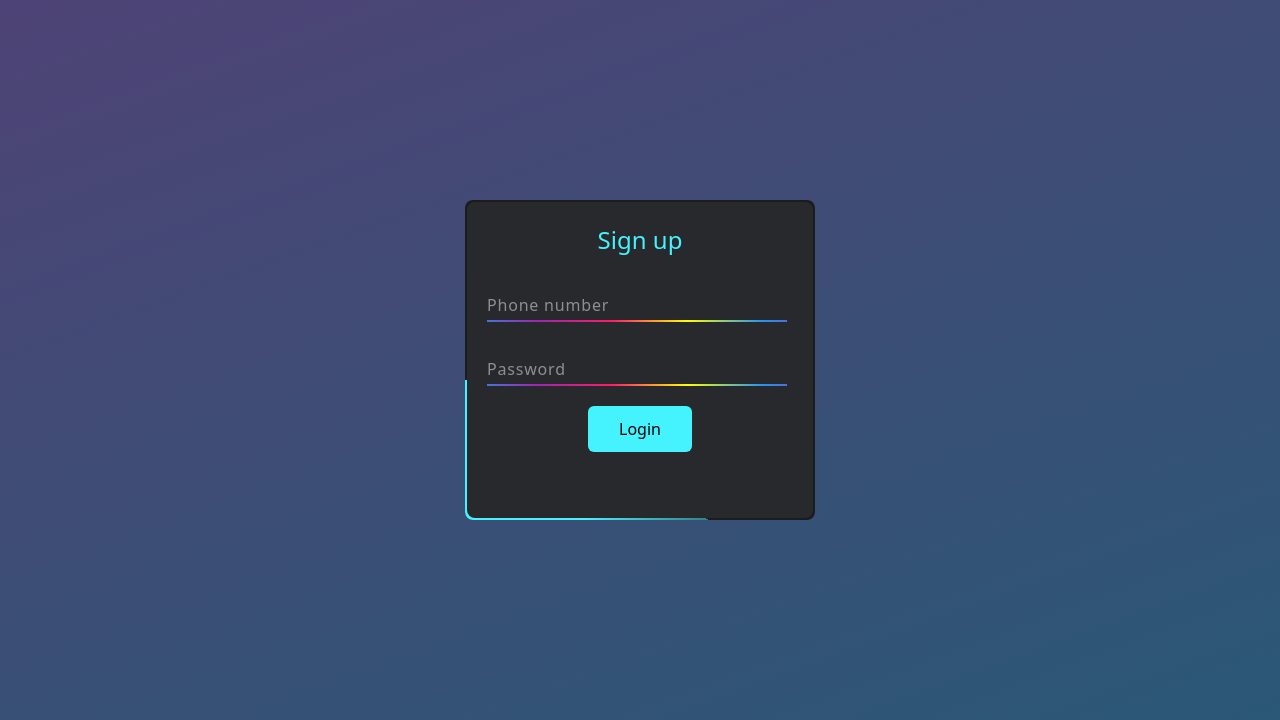
Repository: nhoknhutnhat95/clientOrderFood
Page: html/user/login.html
An editor plug-in stored every save of this project. The page is shown before and after the next save, followed by the edit.
The browser window is 1280 px wide. The pictures show the whole page.

Above is the page before, as saved 2023-02-19 19:38:04.

### html/user/login.html
<!DOCTYPE html>
<html lang="en">

<head>
    <meta charset="UTF-8">
    <meta http-equiv="X-UA-Compatible" content="IE=edge">
    <meta name="viewport" content="width=device-width, initial-scale=1.0">
    <link href="https://cdn.jsdelivr.net/npm/bootstrap@5.2.3/dist/css/bootstrap.min.css" rel="stylesheet">
    <link rel="stylesheet" href="/css//login.css">
    <script src="https://cdn.jsdelivr.net/npm/bootstrap@5.2.3/dist/js/bootstrap.bundle.min.js"></script>
    <title>Document</title>
</head>

<body>
    <section id="login_form">
        <div class="login-form">
            <div class="box">
                <div class="login_form">
                    <p class="text-center m-0" style="color: #45f3ff; font-size: 24px;">Sign up</span>
                    <div class="inputBox_login">
                        <input type="text" id="phoneNumber" name="phoneNumber" required="required" />
                        <span>Phone number</span>
                        <i></i>
                    </div>

                    <div class="inputBox_login">
                        <input type="password" id="password" name="password" required="required" />
                        <span>Password</span>
                        <i></i>
                    </div>
                    <!-- <div class="link_changePassword">
                        <a class="link_form" href="/change-password">Change
                            Password</a>
                    </div> -->
                    <div class="text-center">
                        <button class="btn btn-block fa-lg gradient-custom-2 button_submit_login text-center"
                            onclick="login()" id="login">Login</button>
                    </div>

                </div>
            </div>
        </div>
    </section>
    <script src="../../fontawesome-6.2.0/js/all.min.js"></script>
    <script src="//cdn.jsdelivr.net/npm/sweetalert2@11"></script>
    <script src="/jquery/jquery-3.6.1.min.js"></script>
    <script>
        function login() {
            var phoneNumber = $('#phoneNumber').val()
            var password = $('#password').val()
            console.log(password);
            $.ajax({
                url: "http://192.168.1.6:8386/users/login",
                type: "POST",
                data: {
                    phoneNumber: phoneNumber,
                    password: password
                },
                success: function (datas) {

                    console.log(datas);
                    if (datas.status == 1) {
                        var token = datas.token
                        setCookie('token', token, 90)
                        Swal.fire({
                            title: "Thông báo!",
                            text: datas.message,
                            icon: "success",
                            confirmButtonText: "OK",
                        })
                            .then((result) => {
                                window.location.href = "./home.html"
                            })
                    }
                    else {
                        Swal.fire({
                            title: "Thông báo!",
                            text: datas.message,
                            icon: "error",
                            confirmButtonText: "OK",
                        })
                    }
                }
            })
            function setCookie(cname, cvalue, exdays) {
                const d = new Date();
                d.setTime(d.getTime() + (exdays * 24 * 60 * 60 * 1000));
                let expires = "expires=" + d.toUTCString();
                document.cookie = cname + "=" + cvalue + ";" + expires + ";path=/";
            }
        }

    </script>
</body>

</html>

### css/login.css
.login-form {
    display: flex;
    justify-content: center;
    align-items: center;
}

/* .content-login {
    background-color: rgb(238, 77, 45);
}  */
* {
    margin: 0;
    padding: 0;
    box-sizing: border-box;
}

#login_form {
    display: flex;
    justify-content: center;
    min-height: 100vh;
    background-image: linear-gradient(-20deg, #2b5876 0%, #4e4376 100%);
}

.box {
    position: relative;
    width: 350px;
    min-height: 320px;
    background-color: #1c1c1c;
    border-radius: 8px;
    overflow: hidden;
}

.box::before {
    content: '';
    position: absolute;
    top: -50px;
    left: -50px;
    width: 380px;
    height: 420px;
    background: linear-gradient(0deg, transparent, #45f3ff, #45f3ff);
    transform-origin: bottom right;
    animation: animate 6s linear infinite;
}

.box::after {
    content: '';
    position: absolute;
    top: -50px;
    left: -50px;
    width: 380px;
    height: 420px;
    background: linear-gradient(0deg, transparent, #45f3ff, #45f3ff);
    transform-origin: bottom right;
    animation: animate 6s linear infinite;
    animation-delay: -3s;
}

@keyframes animate {
    0% {
        transform: rotate(0deg);
    }

    100% {
        transform: rotate(360deg);
    }
}

.login_form {
    position: absolute;
    inset: 2px;
    border-radius: 8px;
    background-color: #28292d;
    z-index: 10;
    color: black;
    padding: 20px;
}

.color_title {
    color: #45f3ff;
    font-weight: 500;
    font-size: 20px;
}

.inputBox_login {
    position: relative;
    width: 300px;
    margin-top: 20px;
    margin-bottom: 20px;
}

.inputBox_login input {
    position: relative;
    width: 100%;
    padding: 10px 10px 10px;
    background: transparent;
    border: none;
    outline: none;
    color: #23242a;
    font-size: 1em;
    letter-spacing: 0.05em;
    z-index: 10;
}

.inputBox_login span {
    position: absolute;
    top: 15px;
    left: 0;
    font-size: 1em;
    color: #8f8f8f;
    pointer-events: none;
    letter-spacing: 0.05em;
    transition: 0.5s;
}

.inputBox_login input:valid~span,
.inputBox_login input:focus~span {
    color: #45f3ff;
    transform: translateY(-34px);
    font-size: 0.75em;
}

.inputBox_login input:valid,
.inputBox_login input:focus {
    padding: 10px 10px 10px;
    /* background: #45f3ff; */
    border-top-left-radius: 8px;
    border-top-right-radius: 8px;
    border-bottom-left-radius: 8px ;
    border-bottom-right-radius: 8px ;

}


.inputBox_login i {
    position: absolute;
    left: 0;
    bottom: 0;
    width: 100%;
    height: 2px;
    background: #45f3ff;
    border-radius: 4px;
    transition: 0.5s;
    pointer-events: none;
    z-index: 1;
    animation: example 6s linear infinite;
}

.inputBox_login i::before {
    content: '';
    position: absolute;
    width: 100%;
    height: 100%;
    background: linear-gradient(90deg, #ff1b69, #ff0, #2196f3, #9c27b0, #ff1b69);
    animation: mymove 2s linear infinite;
}

.inputBox_login input:-internal-auotfill-previewed {
    background-color: #45f3ff;
}

@keyframes mymove {
    0% {
        background-position-x: 0;
    }

    0% {
        background-position-x: 250px;
    }
}

.inputBox_login input:valid~i,
.inputBox_login input:focus~i {
    height: 38px;
    background: #45f3ff;

}

.inputBox_login input:valid~i::before,
.inputBox_login input:focus~i::before {
    background: #45f3ff;
    border-radius: 8px
}

.link_form {
    text-decoration: none;
    font-size: 0.75em;
    color: #8f8f8f;
}

.link_form:hover {
    color: #45f3ff;
}

.link_changePassword {
    margin-bottom: 20px;
}

.button_submit_login {
    padding: 10px 30px 10px;
    background-color: #45f3ff;
    color: black;
}

.button_submit_login:hover {
    background-color: #45f3ff !important;
    opacity: 0.74;
}

.create_account {
    color: #8f8f8f;
}

.btn_create_account {
    color: #45f3ff;
    background: none;
    outline: none;
    border: none;
}

.btn_create_account:hover {
    opacity: 0.8;
}

Loaded but not shown: jquery/jquery-3.6.1.min.js (library)

After the next save:
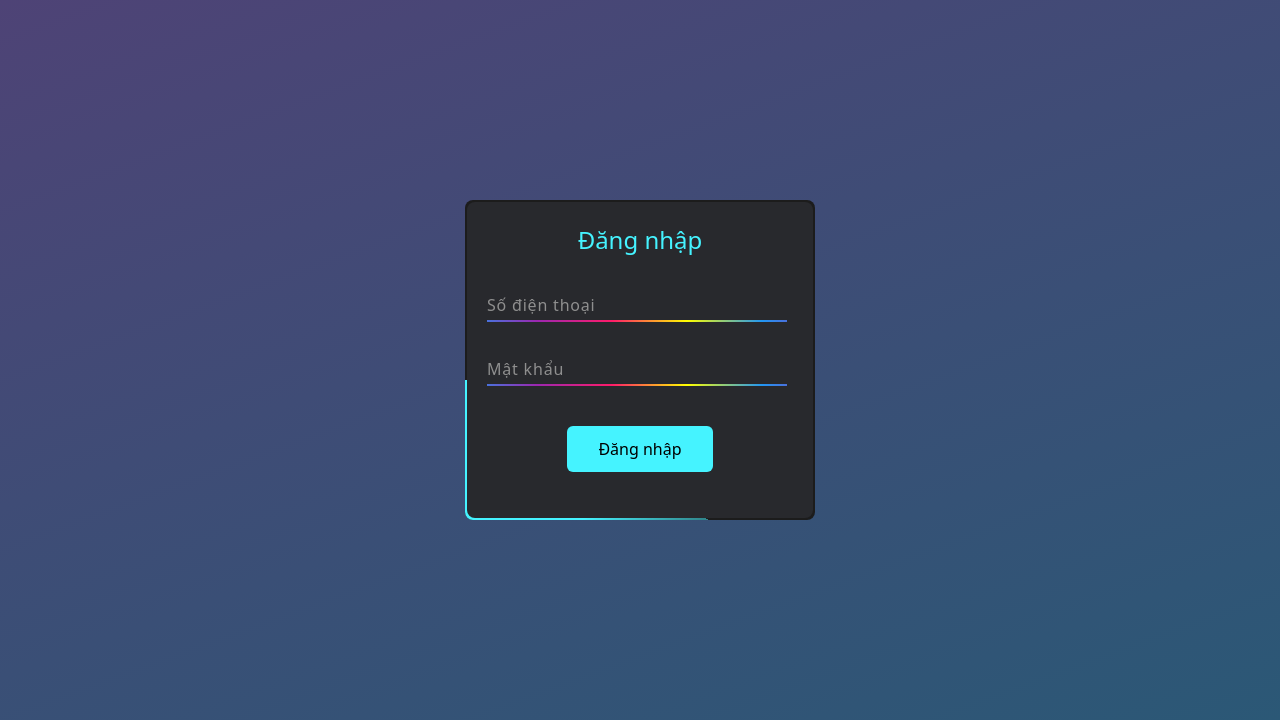
Saved 20 min 3 s later.
--- a/html/user/login.html
+++ b/html/user/login.html
@@ -5,8 +5,9 @@
     <meta charset="UTF-8">
     <meta http-equiv="X-UA-Compatible" content="IE=edge">
     <meta name="viewport" content="width=device-width, initial-scale=1.0">
+    <link rel="icon" type="image/png" href="https://minhviet.group/images/logo.png" />
     <link href="https://cdn.jsdelivr.net/npm/bootstrap@5.2.3/dist/css/bootstrap.min.css" rel="stylesheet">
-    <link rel="stylesheet" href="/css//login.css">
+    <link rel="stylesheet" href="/css/login.css">
     <script src="https://cdn.jsdelivr.net/npm/bootstrap@5.2.3/dist/js/bootstrap.bundle.min.js"></script>
     <title>Document</title>
 </head>
@@ -16,25 +17,25 @@
         <div class="login-form">
             <div class="box">
                 <div class="login_form">
-                    <p class="text-center m-0" style="color: #45f3ff; font-size: 24px;">Sign up</span>
+                    <p class="text-center m-0" style="color: #45f3ff; font-size: 24px;">Đăng nhập</span>
                     <div class="inputBox_login">
                         <input type="text" id="phoneNumber" name="phoneNumber" required="required" />
-                        <span>Phone number</span>
+                        <span>Số điện thoại</span>
                         <i></i>
                     </div>
 
                     <div class="inputBox_login">
                         <input type="password" id="password" name="password" required="required" />
-                        <span>Password</span>
+                        <span>Mật khẩu</span>
                         <i></i>
                     </div>
                     <!-- <div class="link_changePassword">
                         <a class="link_form" href="/change-password">Change
                             Password</a>
                     </div> -->
-                    <div class="text-center">
+                    <div class="text-center" style="margin-top: 40px;">
                         <button class="btn btn-block fa-lg gradient-custom-2 button_submit_login text-center"
-                            onclick="login()" id="login">Login</button>
+                            id="btn_login" onclick="login()">Đăng nhập</button>
                     </div>
 
                 </div>
@@ -45,12 +46,29 @@
     <script src="//cdn.jsdelivr.net/npm/sweetalert2@11"></script>
     <script src="/jquery/jquery-3.6.1.min.js"></script>
     <script>
+        window.addEventListener("keypress", function (event) {
+            if (event.key === "Enter" && $('#phoneNumber').val() != '' && $('#password').val() != '') {
+                login()
+            }
+        });
+
         function login() {
             var phoneNumber = $('#phoneNumber').val()
             var password = $('#password').val()
-            console.log(password);
+            var regexPhoneNumber = /(03|05|07|08|09|01[2|6|8|9])+([0-9]{8})\b/;
+            if (!regexPhoneNumber.test(phoneNumber)) {
+                Swal.fire({
+                    title: "Thông báo!",
+                    text: "Số điện thoại không đúng định dạng",
+                    icon: "error",
+                    confirmButtonText: "OK",
+                }).then((result) => {
+                    val.target.value = "";
+                });
+                return;
+            }
             $.ajax({
-                url: "http://192.168.1.6:8386/users/login",
+                url: "http://192.168.1.23:8386/users/login",
                 type: "POST",
                 data: {
                     phoneNumber: phoneNumber,
